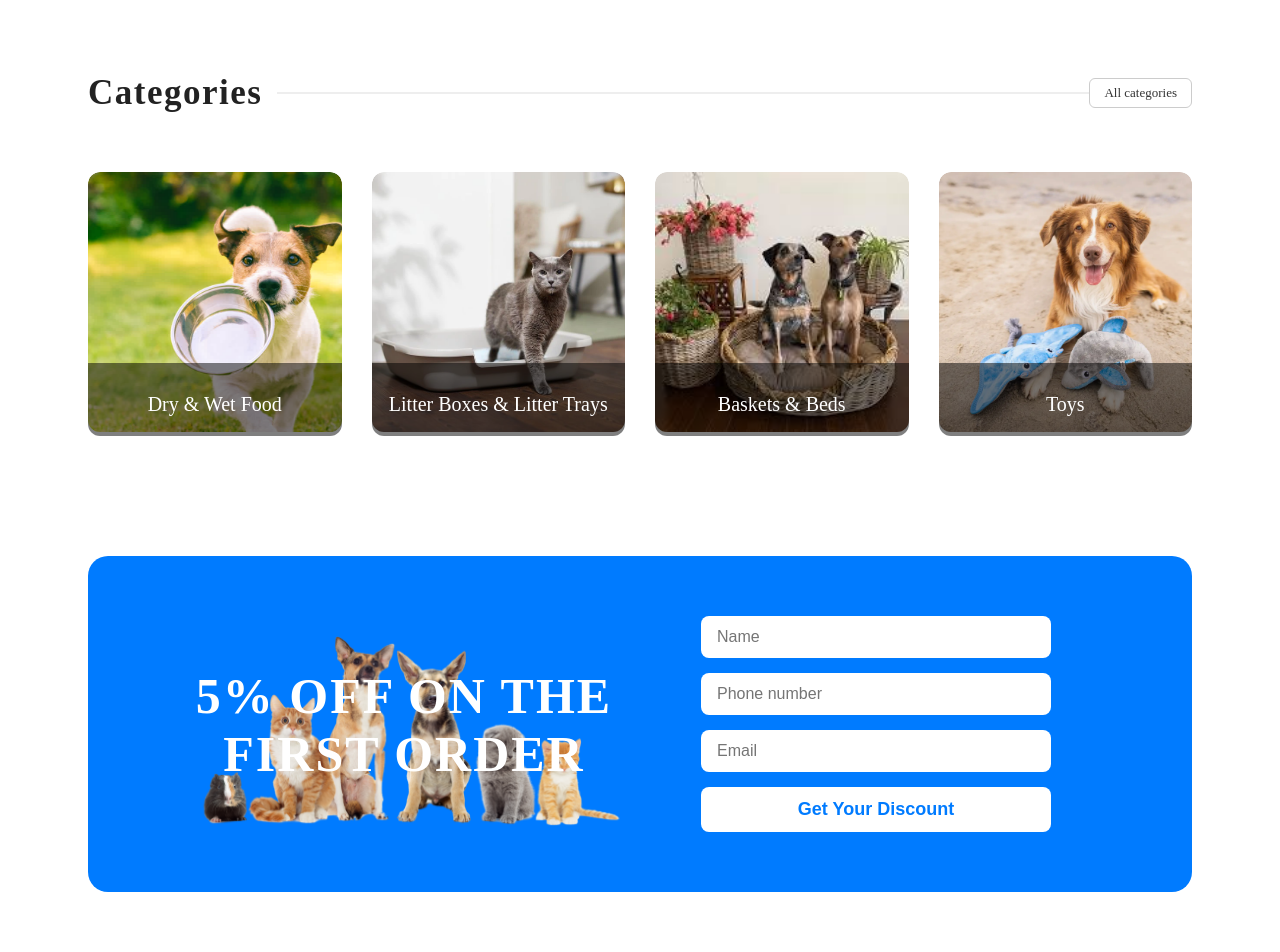
Repository: JuliiaJuliia/pet-shop-frontend
Page: / (app in pet-shop-frontend/)
These files come from the project's save history. The page is drawn as it stood at one moment and after the next save; the edit follows.
The browser window is 1280 px wide. The pictures show the part of the page from y = 611 to 1563 px (the page is 1563 px tall).
The project was rebuilt for these pictures with package versions that can differ from the ones it lists, and the page was loaded fresh each time. Also part of the build but not shown: pet-shop-frontend/vite.config.js, pet-shop-frontend/src/pages/CheckoutPage.jsx, pet-shop-frontend/src/api/axios.js, pet-shop-frontend/src/components/ProductList.jsx.

Above is the page before, as saved 2025-11-06 14:43:54.

After the next save:
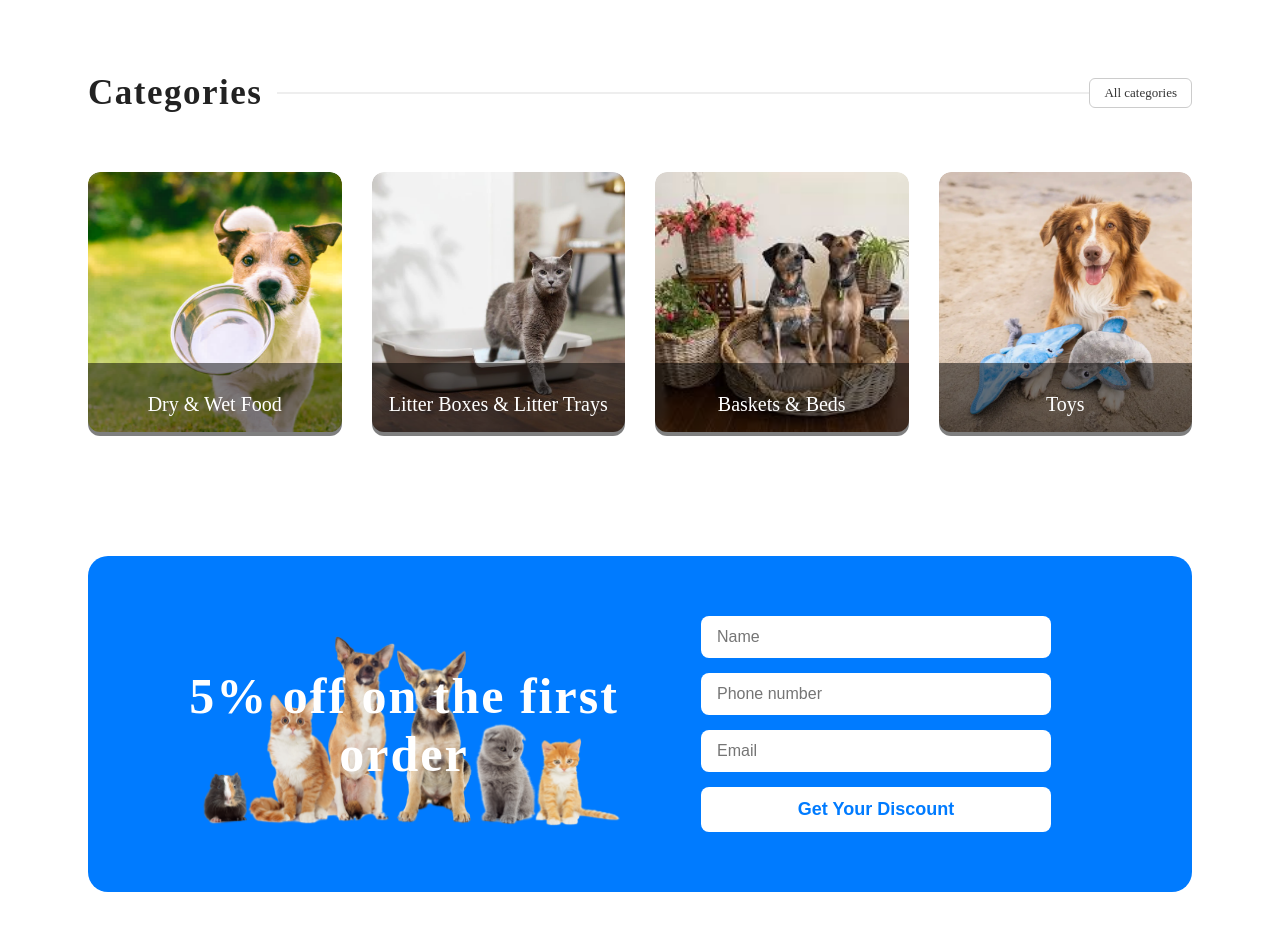
Saved 9 s later.
--- a/pet-shop-frontend/src/components/DiscountBanner.css
+++ b/pet-shop-frontend/src/components/DiscountBanner.css
@@ -34,7 +34,6 @@
     font-size: 50px;
     font-weight: 700;
     letter-spacing: 2px;
-    text-transform: uppercase;
     text-align: center;
     margin-bottom: 40px;
     position: relative;
